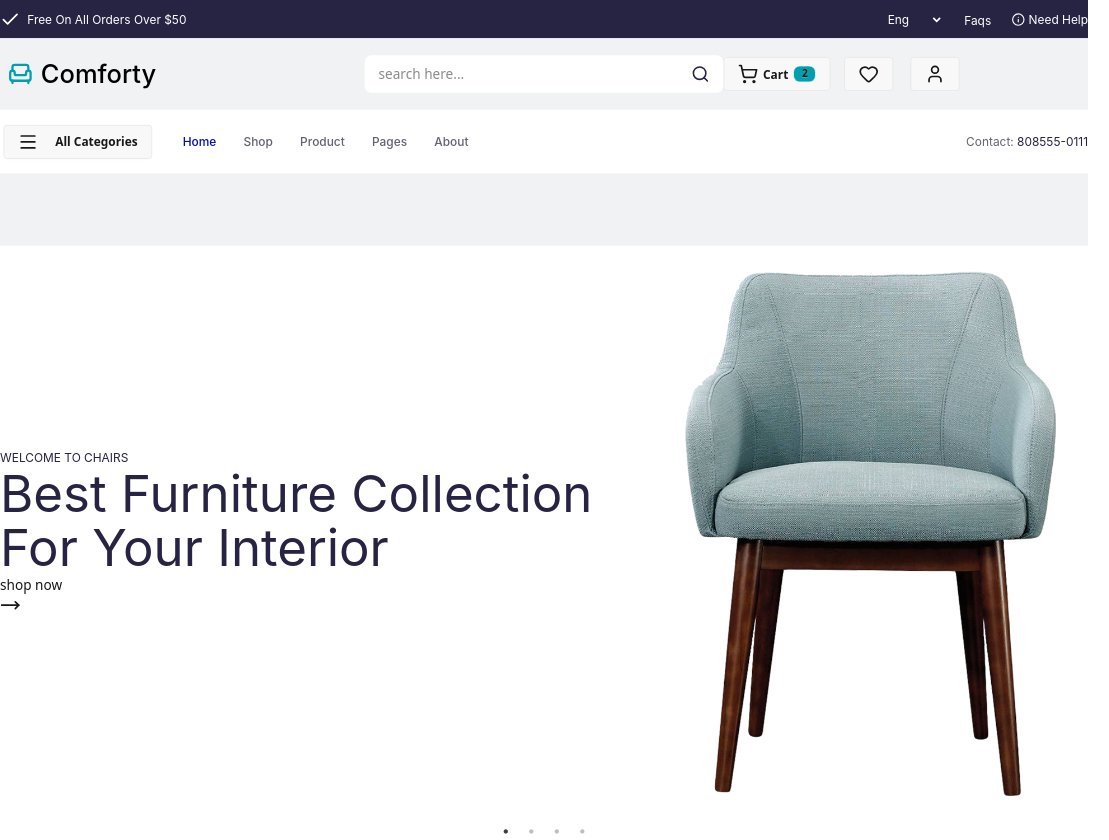
Repository: Neda0o0/store-template-website
Page: /
An editor plug-in stored every save of this project. The page is shown before and after the next save, followed by the edit.
The browser window is 1280 px wide. The page is 1305 px wide, so the pictures cover 1305 px, including what lies to the right of the window. The pictures show the whole page, at 85% of full size.
The project was rebuilt for these pictures with package versions that can differ from the ones it lists, and the page was loaded fresh each time. Also part of the build but not shown: vite.config.js, src/Pages/Auth/Auth.jsx, src/Pages/Auth/Login/Login.jsx, src/Pages/Auth/Register/Register.jsx, src/Pages/Error/Error.jsx, src/AuthCheck/AuthCheck.jsx.

Above is the page before, as saved 2025-10-21 17:50:13.

After the next save:
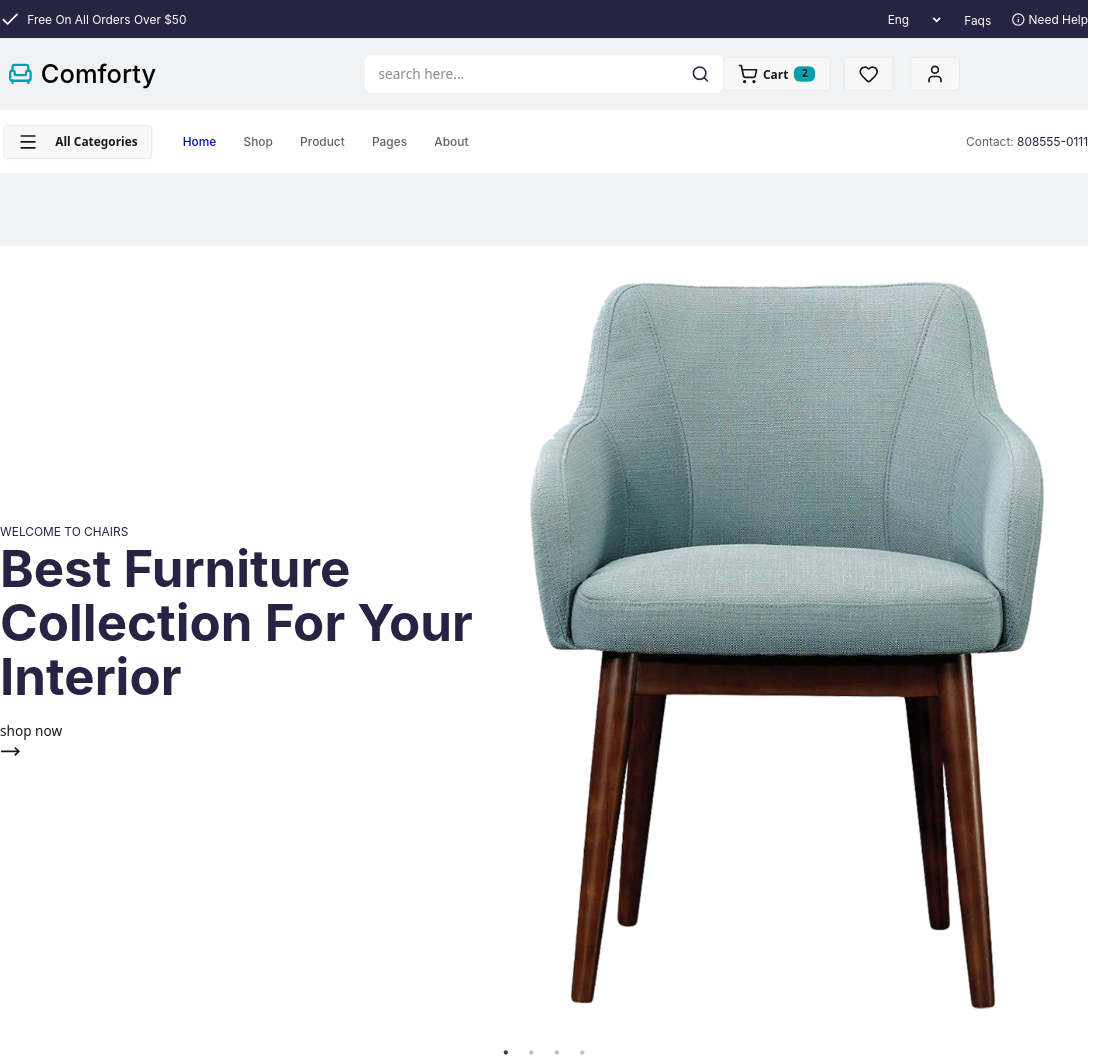
Saved 87 s later.
--- a/src/components/Banner/Banner.jsx
+++ b/src/components/Banner/Banner.jsx
@@ -48,7 +48,7 @@ const Banner = () => {
                 <p className="text-sm font-inter font-normal text-[#272343] uppercase">
                   {product?.subTitle}
                 </p>
-                <h3 className="text-6xl text-[#272343] font-inter capitalize leading-16">
+                <h3 className="text-6xl text-[#272343] font-inter capitalize leading-16 max-w-[631px] w-full font-bold mb-5">
                   {product?.title}
                 </h3>
                 <button>
